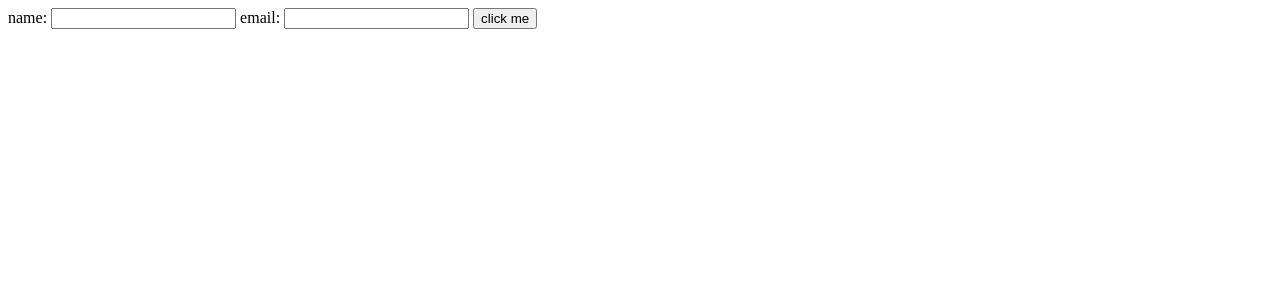
Repository: akshay399/adv-java-daywise
Page: http://localhost/day6.1_lab/
The author's editor kept a copy of each file at every save. The page is drawn from the files as they stood at one save, then again after the next save.
The browser window is 1280 px wide. The pictures show the whole page.
The page is served by Tomcat 9.

Above is the page before, as saved 2022-11-28 11:27:30.

After the next save:
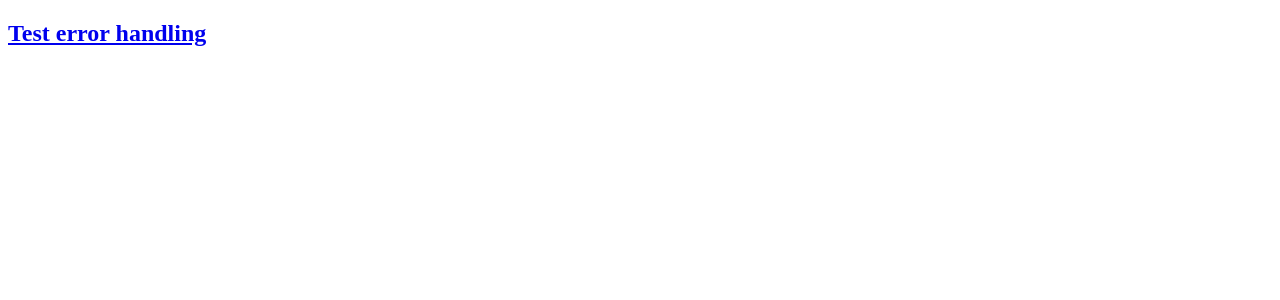
Saved 83 s later.
--- a/day6.1_lab/src/main/webapp/index.jsp
+++ b/day6.1_lab/src/main/webapp/index.jsp
@@ -7,11 +7,6 @@
 <title>index</title>
 </head>
 <body>
-
-	<form method="post" action="test1.jsp">
-		name: <input type="text" name="name">
-		email: <input type="text" name="email">
-		<input type="submit" value="click me">
-	</form>
+	<h2><a href="test1.jsp">Test error handling</a></h2>
 </body>
 </html>
